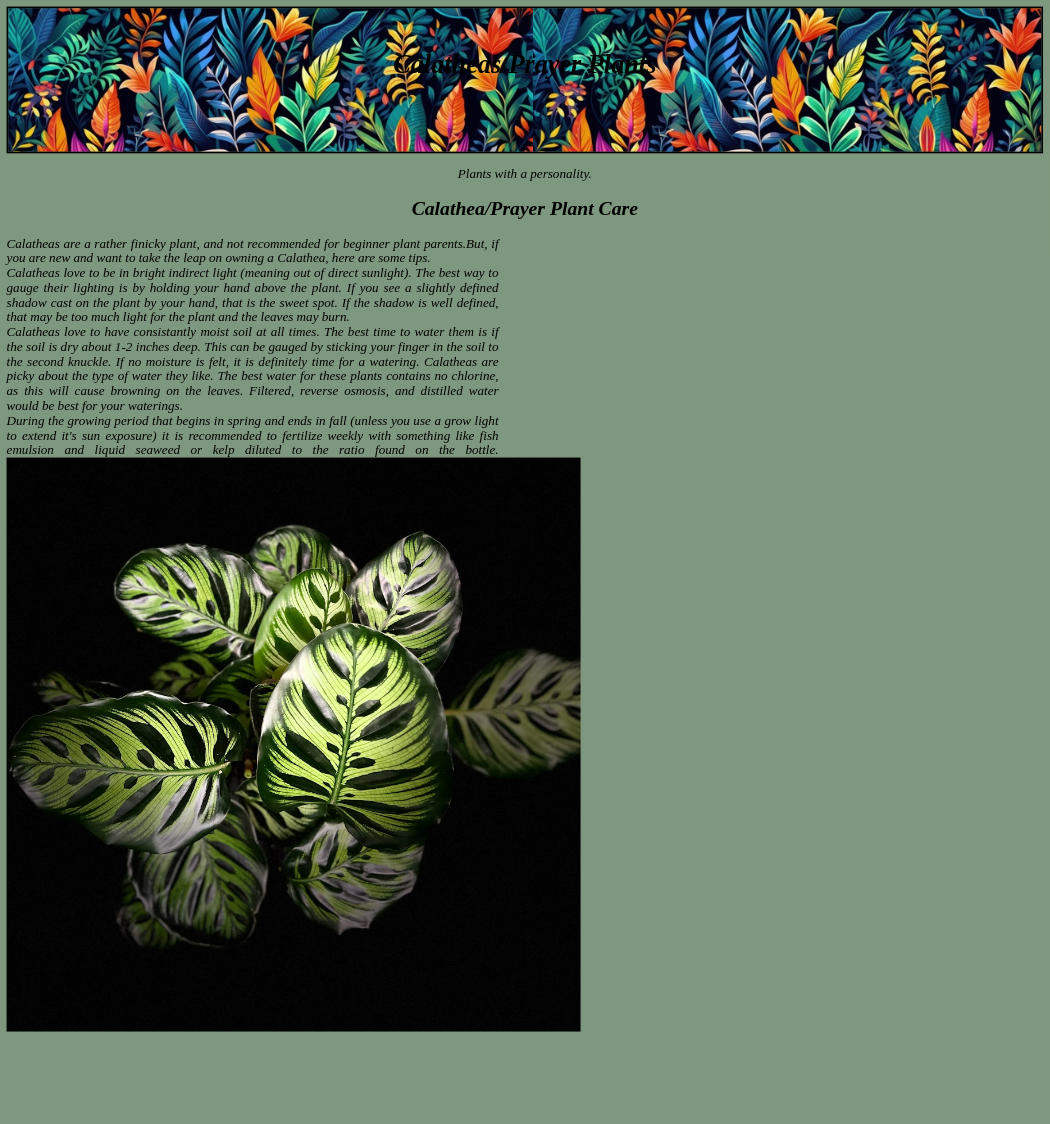
Repository: swillis91/odin-recipies
Page: Planty Page/calatheas.html
An editor plug-in stored every save of this project. The page is shown before and after the next save, followed by the edit.
The browser window is 1280 px wide. The pictures show the whole page, at 82% of full size.

Above is the page before, as saved 2023-08-11 00:20:56.

### Planty Page/calatheas.html
<!DOCTYPE html>
    <html>
        <head>
            <title>Calatheas</title>
            <link href="style.css" rel="stylesheet"
        </head>
        <body>
            <h1 class="heading">Calatheas/Prayer Plants</h1>
              <p>Plants with a personality.</p>
            <h2>Calathea/Prayer Plant Care</h2>
              <p class="care">Calatheas are a rather finicky plant, and not recommended for beginner plant parents.But, if you are new and want to take the leap on owning a Calathea, here are some tips.
                <br>
                Calatheas love to be in bright indirect light (meaning out of direct sunlight). The best way to gauge their lighting is by holding your hand above the plant. If you see a slightly defined shadow cast on the plant by your hand, that is the sweet spot. If the shadow is well defined, that may be too much light for the plant and the leaves may burn.
                <br>
                Calatheas love to have consistantly moist soil at all times. The best time to water them is if the soil is dry about 1-2 inches deep. This can be gauged by sticking your finger in the soil to the second knuckle. If no moisture is felt, it is definitely time for a watering. Calatheas are picky about the type of water they like. The best water for these plants contains <em>no</em> chlorine, as this will cause browning on the leaves. Filtered, reverse osmosis, and distilled water would be best for your waterings.
                <br>
                During the growing period that begins in spring and ends in fall (unless you use a grow light to extend it's <i>sun</i> exposure) it is recommended to fertilize weekly with something like fish emulsion and liquid seaweed or kelp diluted to the ratio found on the bottle.
                <img src="./Images/makoyana.webp" id="calathea makoyana" width="700px">

                </tr>
            </table>
        </body>
    </html>

### Planty Page/style.css
body{
    background-color: rgb(126, 152, 127);
    color:black;
    text-align: center;
    font-family:cursive;
    font-style: oblique;
}

.heading{
    color: rgba(0, 0, 0, 0.974);
    border: 2px solid rgb(0, 3, 3);
    background-image: url('Images/banner.jpg');
    height: 75px;
    margin: 0 auto;
    padding:50px 20px;

}

.care{
    text-align: justify;
    width: 600px;

}

#calathea-makoyana{
    width: 500px;
    Height: auto:
}

table{

}

After the next save:
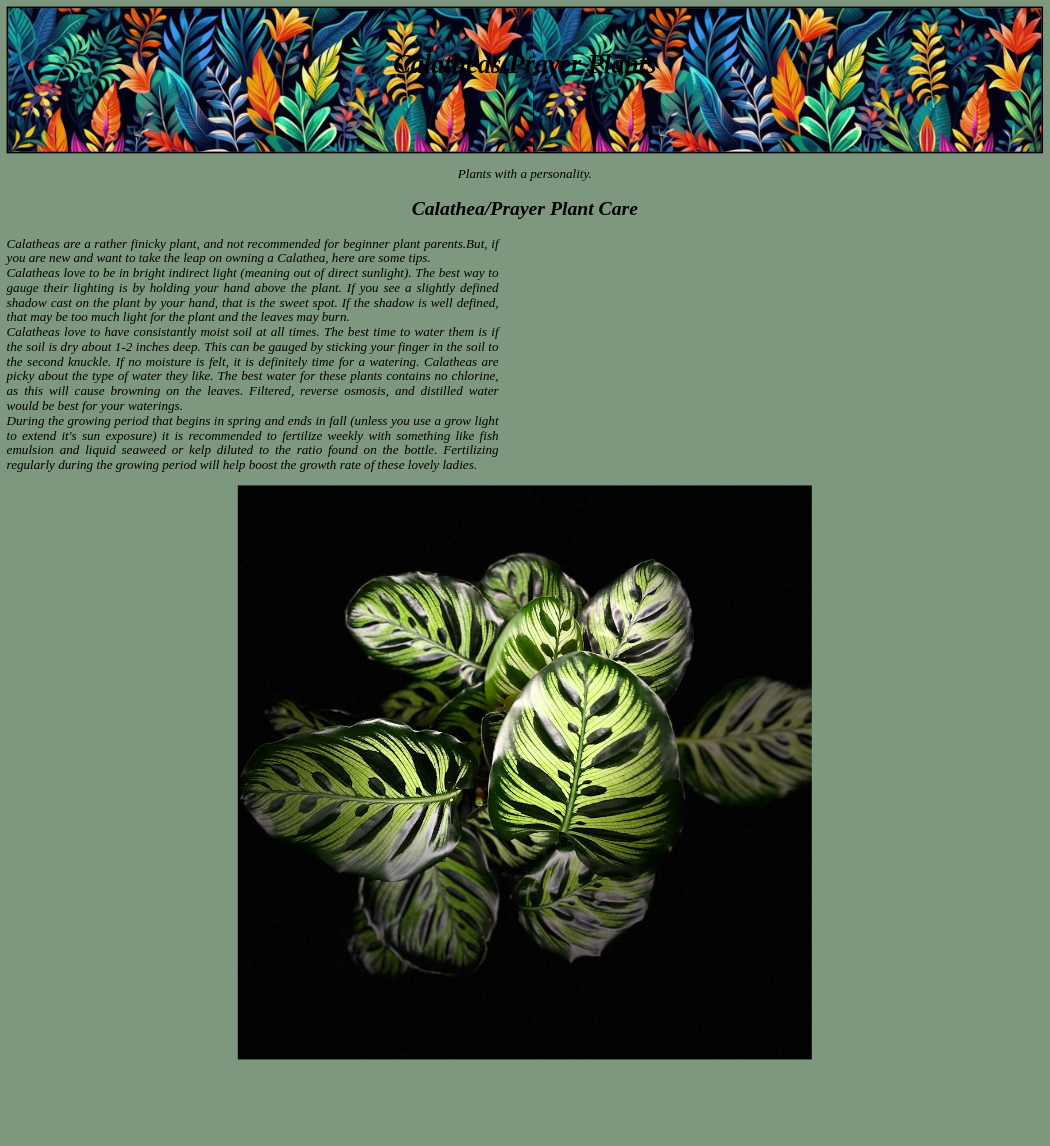
Saved 35 s later.
--- a/Planty Page/calatheas.html
+++ b/Planty Page/calatheas.html
@@ -14,7 +14,7 @@
                 <br>
                 Calatheas love to have consistantly moist soil at all times. The best time to water them is if the soil is dry about 1-2 inches deep. This can be gauged by sticking your finger in the soil to the second knuckle. If no moisture is felt, it is definitely time for a watering. Calatheas are picky about the type of water they like. The best water for these plants contains <em>no</em> chlorine, as this will cause browning on the leaves. Filtered, reverse osmosis, and distilled water would be best for your waterings.
                 <br>
-                During the growing period that begins in spring and ends in fall (unless you use a grow light to extend it's <i>sun</i> exposure) it is recommended to fertilize weekly with something like fish emulsion and liquid seaweed or kelp diluted to the ratio found on the bottle.
+                During the growing period that begins in spring and ends in fall (unless you use a grow light to extend it's <i>sun</i> exposure) it is recommended to fertilize weekly with something like fish emulsion and liquid seaweed or kelp diluted to the ratio found on the bottle. Fertilizing regularly during the growing period will help boost the growth rate of these lovely ladies.</p>
                 <img src="./Images/makoyana.webp" id="calathea makoyana" width="700px">
 
                 </tr>
